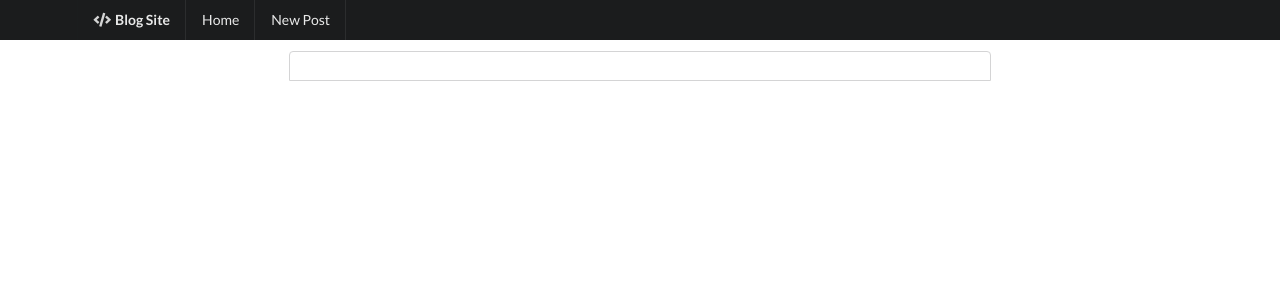
Repository: HuakunShen/LearnWeb
Page: http://localhost/blogs
The author's editor kept a record of every edit. The page is drawn from the files as they stood at one moment, then again after the next edit.
The browser window is 1280 px wide. The pictures show the whole page.
The page is served by the project's Node server (BlogApp/app.js). Queries for data that is not in the repository find no rows.

Above is the page before.

After the next edit:
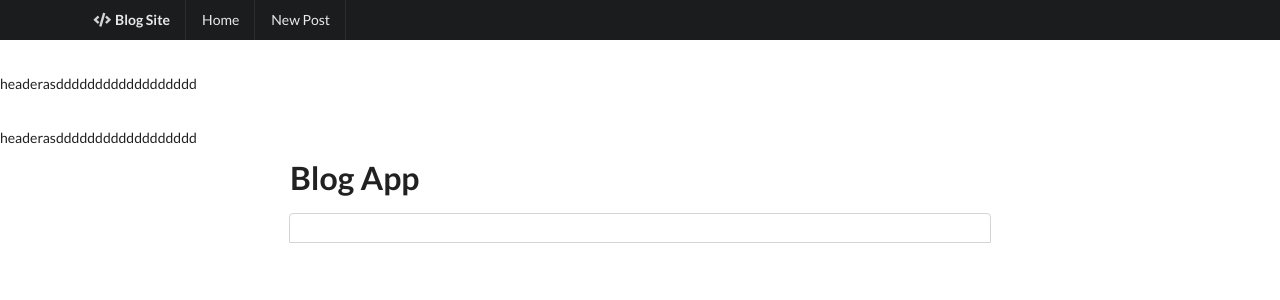
The edit:
--- a/workspace/BlogApp/views/partials/header.ejs
+++ b/workspace/BlogApp/views/partials/header.ejs
@@ -5,7 +5,12 @@
         <link rel"stylesheet" type="text/css" href="stylesheets/app.css">
     </head>
     <body>
-
+        <br>
+        <p>headerasdddddddddddddddddd</p>
+        <br>
+        <p>headerasdddddddddddddddddd</p>
+        <br>
+        <p>headerasdddddddddddddddddd</p>
         <div class="ui fixed inverted menu">
             <div class="ui container">
                 <div class="header item"><i class="code icon"></i>Blog Site</div>
